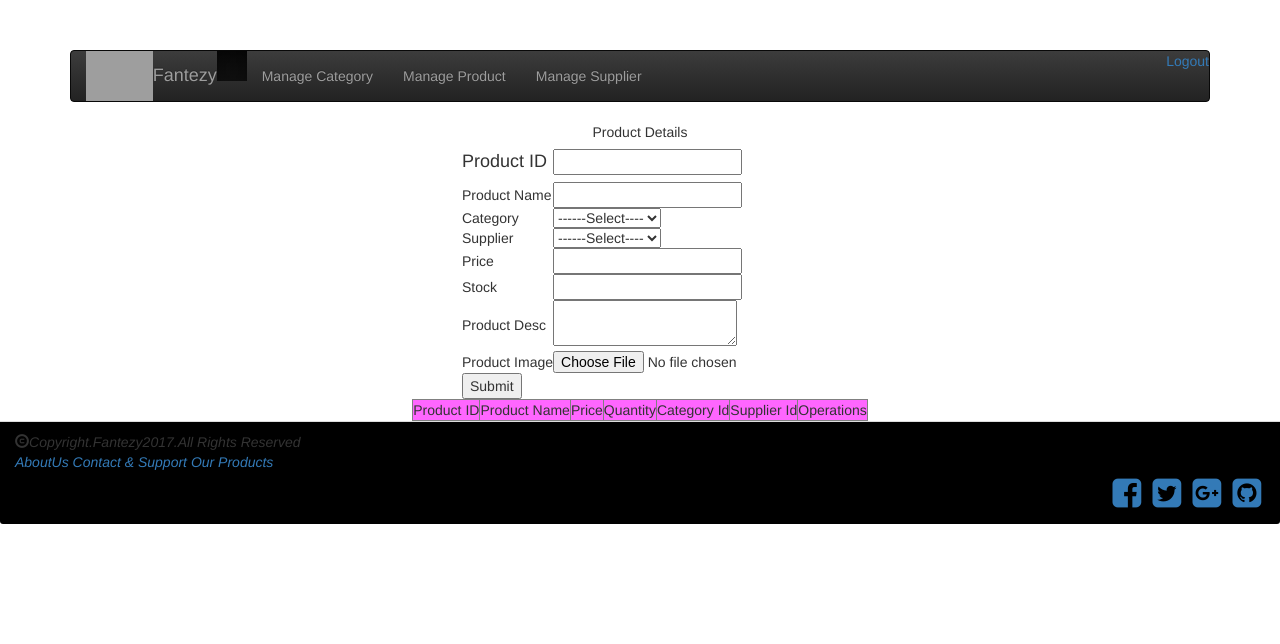
Repository: Safna93/eCommerce-project
Page: http://localhost/FantezyFrontendProject/WEB-INF/views/Product.jsp
The author's editor kept a copy of each file at every save. The page is drawn from the files as they stood at one save, then again after the next save.
The browser window is 1280 px wide. The pictures show the whole page.
Pictures or frames that could not be fetched are drawn as grey boxes. Some web libraries are served in a nearby version. The page is served by Tomcat 9. Nobody is signed in. Other server files are loaded and not shown. The template is opened directly, without the code that normally fills it, so the values that code supplies are empty.

Above is the page before, as saved 2017-07-11 08:54:38.

### Fantezy Project/Fantezy/FantezyFrontendProject/src/main/webapp/WEB-INF/views/Product.jsp
<%@ page language="java" contentType="text/html"%>
<%@ taglib uri="http://java.sun.com/jsp/jstl/core" prefix="c"%>
<%@taglib prefix="form" uri="http://www.springframework.org/tags/form"%>

<%@include file="AdminHeader.jsp"%>

<form:form method="POST" action="InsertProduct" modelAttribute="product" enctype="Multipart/form-data">
<table align="center">
			<tr>
				<td colspan="2"><center>Product Details</center></td>
			</tr>
			<tr>
				<td><h4>Product ID</h4></td>
				<td><form:input path="prodid" /></td>
			</tr>
			<tr>
				<td>Product Name</td>
				<td><form:input path="prodname" /></td>
			</tr>

			<tr>
				<td>Category</td>
				<td><form:select path="catid">
						<form:option value="0" label="------Select----" />
						<form:options items="${catlist}" />
					</form:select>
				</td>
			</tr>
			<tr>
				<td>Supplier</td>
				<td><form:select path="suppid">
						<form:option value="0" label="------Select----" />
						<form:options items="${supplist}" />
					</form:select>
				</td>
			</tr>

			<tr>
				<td>Price</td>
				<td><form:input path="price" /></td>
			</tr>
			<tr>
				<td>Stock</td>
				<td><form:input path="quantity" /></td>
			</tr>
			<tr>
				<td>Product Desc</td>
				<td><form:textarea path="proddesc" /></td>
			</tr>
			<tr>
				<td>Product Image</td>
				<td><form:input type="file" path="pimage" /></td>
			</tr>

			<tr>
			<td colspan="2"><input type="submit" /></td>
			</tr>
</table>
</form:form>

<!-- Displaying the Product data using Table -->
<table cellspacing="2" align="center" border="1">

	<tr bgcolor="#ff66ff">
		<td>Product ID</td>
		<td>Product Name</td>
		<td>Price</td>
		<td>Quantity</td>
		<td>Category Id</td>
		<td>Supplier Id</td>
		<td>Operations</td>
	</tr>
	<c:forEach items="${prodlist}" var="product">
		<tr bgcolor="#00ff99">
			<td>${product.prodid}</td>
			<td>${product.prodname}</td>
			<td>${product.price}</td>
			<td>${product.quantity}</td>
			<td>${product.catid}</td>
			<td>${product.suppid}</td>
			<td><a href="<c:url value="deleteProduct/${product.prodid}"/>">Delete</a>
				<a href="<c:url value="updateProduct/${product.prodid}"/>">Update</a>
			</td>
		</tr>
	</c:forEach>
</table>
<!-- Completed Displaying Table -->
<%@include file="Footer.jsp" %>
</body>
</html>

### Fantezy Project/Fantezy/FantezyFrontendProject/src/main/webapp/WEB-INF/views/AdminHeader.jsp
<!DOCTYPE html>
<html lang="en">
<head>
<title>Fatntezy-The Girlz Corner</title>
<meta charset="utf-8">
<meta name="viewport" content="width=device-width, initial-scale=1">
<%@ taglib uri="http://java.sun.com/jsp/jstl/core" prefix="c"%>
<link rel="stylesheet"
	href="https://maxcdn.bootstrapcdn.com/bootstrap/3.3.7/css/bootstrap.min.css">
<link href="<c:url value="/resources/css/Head.css" />" rel="stylesheet">
<script
	src="https://ajax.googleapis.com/ajax/libs/jquery/3.2.1/jquery.min.js"></script>
<script
	src="https://maxcdn.bootstrapcdn.com/bootstrap/3.3.7/js/bootstrap.min.js"></script>
</head>
<body>




	<div class="header">
		<div class="container">
			<header style="height: 50px;"></header>
			<!------------- Navbar -------------->
			<nav class="my-nav navbar navbar-inverse bs-dark">
				<div class="navbar-header"></div>












				<div class="collapse navbar-collapse"
					id="bs-example-navbar-collapse-1">
					<ul class="nav navbar-nav">
						<a class="navbar-brand" href="#" style="padding: 0px;"> <img
							src="mylogo.png" style="height: 100%; display: inline-block;"><span>Fantezy</span>
						</a>


						<li class="active"><a href="ioo"><span class="sr-only">HOME</span></a></li>

						<li><a href="Category">Manage Category</a></li>
						<li><a href="Product">Manage Product</a></li>
						<li><a href="Supplier">Manage Supplier</li>

					</ul>
					<ul>
						<div class="nav navbar-nav navbar-right">

							<a href="logout">Logout</a> </a>
						</div>
					</ul>
				</div>







				</li>
				</ul>
		</div>
		</nav>
	</div>

	<!----------- !Navbar End ------------>


	</div>

### Fantezy Project/Fantezy/FantezyFrontendProject/src/main/webapp/WEB-INF/views/Footer.jsp


<html lang="en">
<head>
<title>Fantezy</title>
  <meta charset="utf-8">
  <meta name="viewport" content="width=device-width, initial-scale=1"><!-- Latest compiled and minified CSS -->
<link rel="stylesheet" href="https://maxcdn.bootstrapcdn.com/bootstrap/3.3.4/css/bootstrap.min.css">
<link rel="stylesheet" href="https://cdnjs.cloudflare.com/ajax/libs/font-awesome/4.6.3/css/font-awesome.min.css">
<!-- Optional theme -->
<link rel="stylesheet" href="https://maxcdn.bootstrapcdn.com/bootstrap/3.3.4/css/bootstrap-theme.min.css">
 <!-- jQuery (necessary for Bootstrap's JavaScript plugins) -->
    <script src="https://ajax.googleapis.com/ajax/libs/jquery/1.11.2/jquery.min.js"></script>
<!-- Latest compiled and minified JavaScript -->
<script src="https://maxcdn.bootstrapcdn.com/bootstrap/3.3.4/js/bootstrap.min.js"></script>
  <style>
.panel-footer{
	background-color: black;
	font-style: oblique;
}
body{
	background-color: white;
	font:oblique;
	size:18;
}
.social:hover {
     -webkit-transform: scale(1.1);
     -moz-transform: scale(1.1);
     -o-transform: scale(1.1);
 }
 .social {
     -webkit-transform: scale(0.8);
     /* Browser Variations: */

     -moz-transform: scale(0.8);
     -o-transform: scale(0.8);
     -webkit-transition-duration: 0.5s;
     -moz-transition-duration: 0.5s;
     -o-transition-duration: 0.5s;
 }
/*
    Multicoloured Hover Variations
*/

 #social-fb:hover {
     color: #3B5998;
 }
 #social-tw:hover {
     color: #4099FF;
 }
 #social-gp:hover {
     color: #d34836;
 }
 #social-gh:hover {
     color: black;
 }
</style>
</head>
<body>
<div class="panel-footer">

  <span class="glyphicon glyphicon-copyright-mark"></span>Copyright.Fantezy2017.All Rights Reserved
<div class="text-left left-block">
<a href="AboutUs">AboutUs</a></li>

<a href="ContactUs">Contact & Support</a>
<a href="ProductDesc">Our Products</a>





<div class="text-right right-block">

                <a href="https://www.facebook.com"><i id="social-fb" class="fa fa-facebook-square fa-3x social"></i></a>
	            <a href="https://twitter.com"><i id="social-tw" class="fa fa-twitter-square fa-3x social"></i></a>
	            <a href="https://plus.google.com"><i id="social-gp" class="fa fa-google-plus-square fa-3x social"></i></a>
	            <a href="https://github.com"><i id="social-gh" class="fa fa-github-square fa-3x social"></i></a>
</div>

</div>


</body>
</html>

### Fantezy Project/Fantezy/FantezyFrontendProject/src/main/webapp/resources/css/Head.css


.bs-dark.navbar-inverse {
  background-color: #222;
  border-color: #080808;
}
.bs-dark .navbar-img {padding:5px 6px !important;}
.bs-dark .navbar-img img {width:40px;}
.bs-dark .dropdown-menu {
  min-width: 200px;
  padding: 5px 0;
  margin: 2px 0 0;
  background-color: #000;
  border: 1px solid rgba(0, 0, 0, 0.7);
  border: 1px solid rgba(0, 0, 0, .15);
  -webkit-box-shadow: 0 6px 12px rgba(0, 0, 0, .175);
          box-shadow: 0 6px 12px rgba(0, 0, 0, .175);
}

.bs-dark .dropdown-menu .divider {
  border: 1px solid rgba(0, 0, 0, 0.8);
}
.bs-dark .dropdown-menu > li > a {
  padding: 6px 20px;
  color: rgba(255,255,255,0.80);
}
.bs-dark .dropdown-menu > li > a:hover,
.bs-dark .dropdown-menu > li > a:focus {
  color: rgba(255,255,255,0.70);
  text-decoration: none;
  background-color: transparent;
}
.bs-dark .dropdown-menu > .active > a,
.bs-dark .dropdown-menu > .active > a:hover,
.bs-dark .dropdown-menu > .active > a:focus {
  color: rgba(255,255,255,0.70);
  text-decoration: none;
  background-color: transparent;
  outline: 0;
}

.bs-dark .navbar-form {
  margin:0;
  margin-top: 5px;
  padding:8px 0px;
}

.bs-dark .navbar-form .search-box {
  border:0px;
  height:35px;
  outline: none;
  width:320px;
  padding-right: 3px;
  padding-left: 15px;
  margin:4px;
  -webkit-border-radius: 22px;
  -moz-border-radius: 22px;
  border-radius: 22px;
}

.bs-dark .navbar-form button {
  border: 0;
  background: none;
  padding: 2px 5px;
  margin-top: 2px;
  position: relative;
  left: -34px;
  margin-bottom: 0;
  -webkit-border-radius: 3px;
  -moz-border-radius: 3px;
  border-radius: 3px;
}

.bs-dark .search-box:focus + button {
  z-index: 3;
}

@media (min-width: 768px) {
    .bs-dark .dropdown:hover {background-color: #000;}
	.bs-dark .dropdown:hover .dropdown-menu {
	  display: block;
	}
	.bs-dark .navbar-form {
	  padding:0px;
	}
	.bs-dark .navbar-form .search-box {
	  width:260px;
	  height:32px;
	}

}

After the next save:
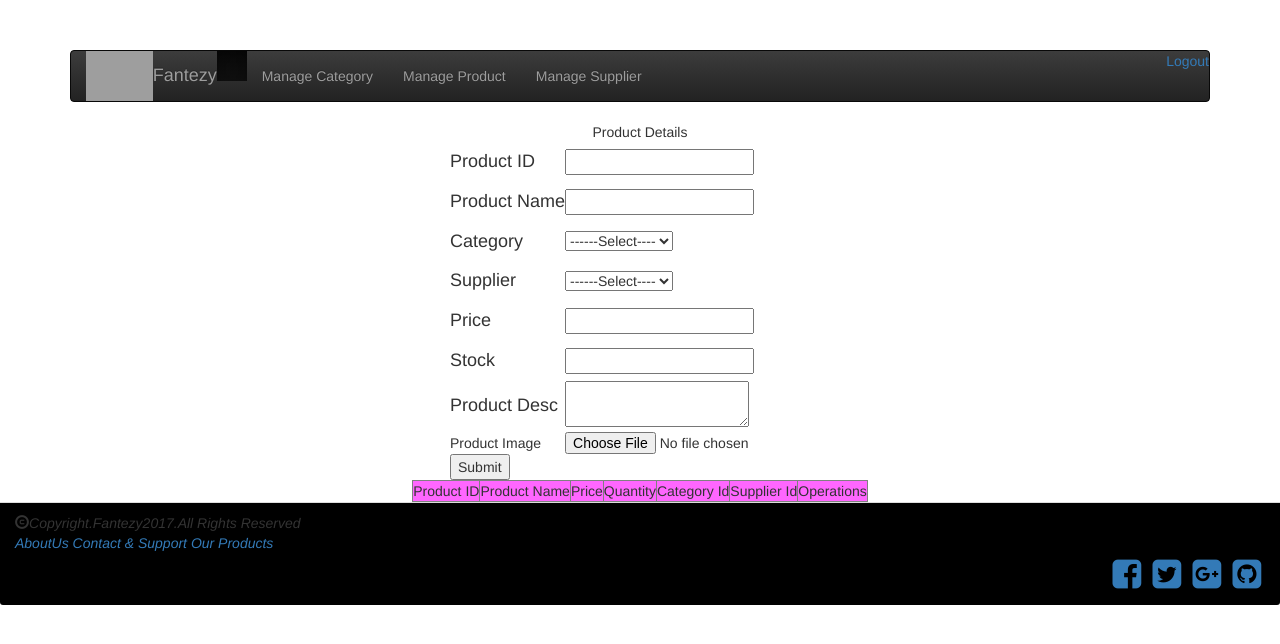
Saved 71 s later.
--- a/Fantezy Project/Fantezy/FantezyFrontendProject/src/main/webapp/WEB-INF/views/Product.jsp
+++ b/Fantezy Project/Fantezy/FantezyFrontendProject/src/main/webapp/WEB-INF/views/Product.jsp
@@ -14,12 +14,12 @@
 				<td><form:input path="prodid" /></td>
 			</tr>
 			<tr>
-				<td>Product Name</td>
+				<td><h4>Product Name</h4></td>
 				<td><form:input path="prodname" /></td>
 			</tr>
 
 			<tr>
-				<td>Category</td>
+				<td><h4>Category</h4></td>
 				<td><form:select path="catid">
 						<form:option value="0" label="------Select----" />
 						<form:options items="${catlist}" />
@@ -27,7 +27,7 @@
 				</td>
 			</tr>
 			<tr>
-				<td>Supplier</td>
+				<td><h4>Supplier</h4></td>
 				<td><form:select path="suppid">
 						<form:option value="0" label="------Select----" />
 						<form:options items="${supplist}" />
@@ -36,15 +36,15 @@
 			</tr>
 
 			<tr>
-				<td>Price</td>
+				<td><h4>Price</h4></td>
 				<td><form:input path="price" /></td>
 			</tr>
 			<tr>
-				<td>Stock</td>
+				<td><h4>Stock</h4></td>
 				<td><form:input path="quantity" /></td>
 			</tr>
 			<tr>
-				<td>Product Desc</td>
+				<td><h4>Product Desc</h4></td>
 				<td><form:textarea path="proddesc" /></td>
 			</tr>
 			<tr>
